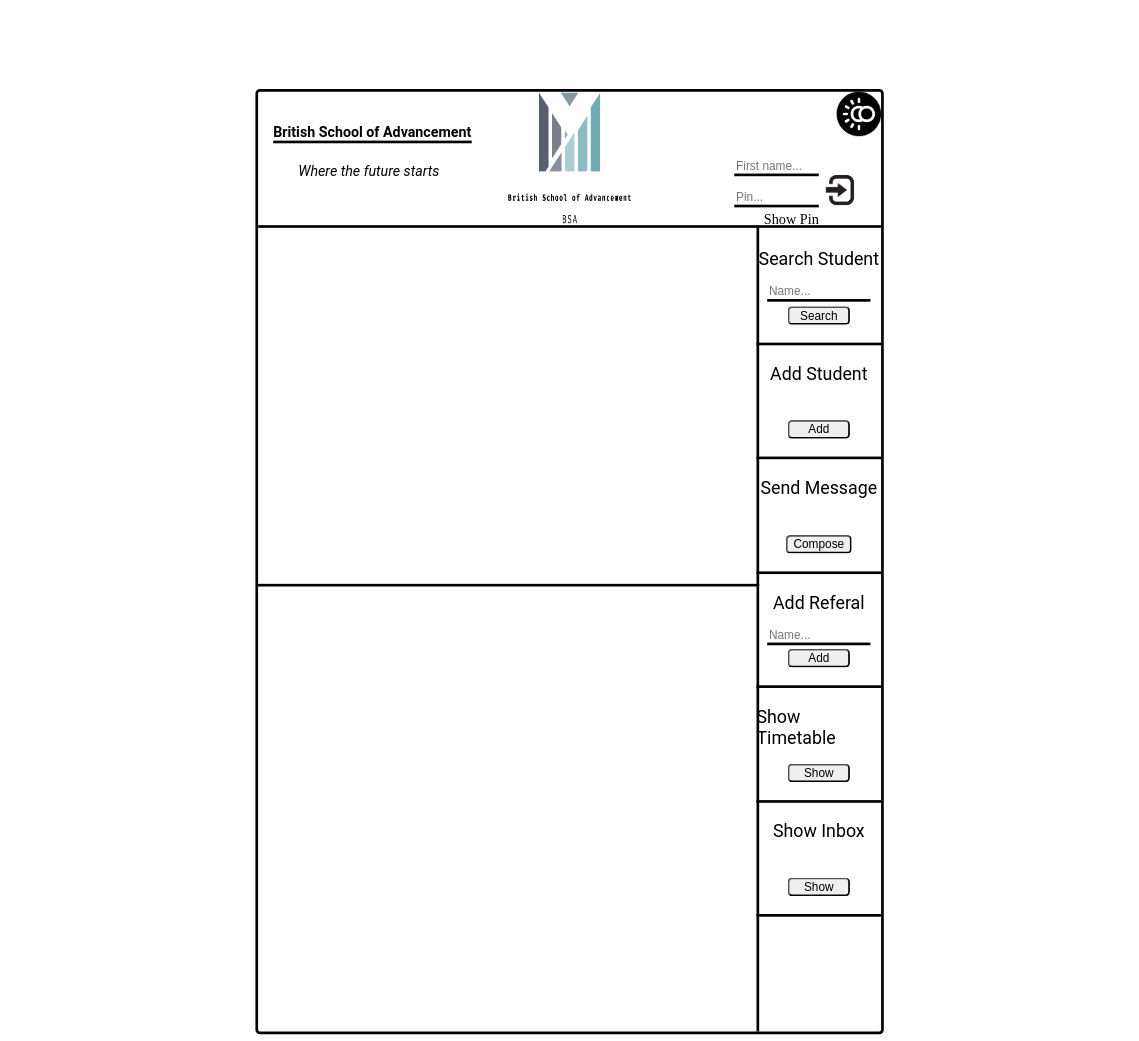
Repository: ghend99/Guardian-Application
Page: index.html
These files come from the project's save history. The page is drawn as it stood at one moment and after the next save; the edit follows.
The browser window is 1280 px wide. The pictures show the whole page, at 89% of full size.

Above is the page before, as saved 2023-06-06 18:05:19.

### index.html
<!DOCTYPE html>
<html lang="en">
  <head>
    <meta charset="UTF-8" />
    <meta http-equiv="X-UA-Compatible" content="IE=edge" />
    <meta name="viewport" content="width=device-width, initial-scale=1.0" />
    <title>School Application</title>
    <link rel="stylesheet" href="style.css" />
    <link rel="icon" type="image/x-icon" href="./images/favicon.png" />
  </head>
  <body>
    <div id="main-container">
      <div id="header-container">
        <div id="header-container-left-section">
          <p id="header-school-name" class="page-headers">
            British School of Advancement
          </p>
          <p id="header-school-slogan" class="page-headers">
            Where the future starts
          </p>
        </div>
        <div id="header-container-middle-section">
          <img class="header-middle-section-logo" src="./images/logo.png" />
        </div>
        <div id="header-container-right-section">
          <input
            id="header-login-input-fullname"
            class="login-input-fullname login-input input"
            type="text"
            placeholder="First name..."
          />
          <input
            id="header-login-input-pin"
            class="login-input-pin login-input input"
            placeholder="Pin..."
            type="password"
          />
          <p id="show-pin-header">Show Pin</p>
          <img
            id="header-login-button"
            class="login-button"
            src="./images/login-button.png"
          />
          <img class="header-dark-mode-toggle" src="./images/dark-mode.png" />
          <img class="login-modal-open" src="./images/login.png" />
        </div>
      </div>
      <div id="sidebar-container">
        <div id="sidebar-link-container1" class="sidebar-link-container">
          <p class="sidebar-link-header page-headers">Search Student</p>
          <input class="sidebar-input input" placeholder="Name..." />
          <button class="sidebar-search-button submit-button">Search</button>
        </div>
        <div id="sidebar-link-container2" class="sidebar-link-container">
          <p class="sidebar-link-header page-headers">Add Student</p>
          <button id="add-student" class="sidebar-search-button submit-button">
            Add
          </button>
        </div>
        <div id="sidebar-link-container3" class="sidebar-link-container">
          <p class="sidebar-link-header page-headers">Send Message</p>
          <button
            id="compose-message-open"
            class="sidebar-search-button submit-button"
          >
            Compose
          </button>
        </div>
        <div id="sidebar-link-container4" class="sidebar-link-container">
          <p class="sidebar-link-header page-headers">Add Referal</p>
          <input
            id="add-referal-fullname"
            class="sidebar-input input"
            placeholder="Name..."
          />
          <button id="add-referal" class="sidebar-search-button submit-button">
            Add
          </button>
        </div>
        <div id="sidebar-link-container5" class="sidebar-link-container">
          <p
            id="show-timetable-heading"
            class="sidebar-link-header page-headers"
          >
            Show Timetable
          </p>
          <button
            id="timetable-open"
            class="sidebar-search-button submit-button"
          >
            Show
          </button>
        </div>
        <div id="sidebar-link-container6" class="sidebar-link-container">
          <p class="sidebar-link-header page-headers">Show Inbox</p>
          <button id="inbox-open" class="sidebar-search-button submit-button">
            Show
          </button>
        </div>
        <div id="sidebar-link-container7" class="sidebar-link-container">
          <p class="sidebar-link-header page-headers">Update Timetable</p>
          <button
            id="update-timetable"
            class="sidebar-search-button submit-button"
          >
            Show
          </button>
        </div>
      </div>
      <img id="sidebar-open" src="./images/menu.png" />
      <img id="sidebar-close" src="./images/menu.png" />

      <div id="student-information-container">
        <h1
          id="student-information-name-header"
          class="student-information page-headers"
        >
          Student Name:
        </h1>
        <h3 class="student-information student-information-general-header">
          General Information
        </h3>
        <p id="student-information-first-name" class="student-information">
          First Name:
        </p>
        <p id="student-information-last-name" class="student-information">
          Last Name:
        </p>
        <p id="student-information-year" class="student-information">
          Year Group:
        </p>
        <p id="student-information-referals" class="student-information">
          Referals:
        </p>
        <p id="password-reset" class="student-information">Reset Password</p>
      </div>

      <div id="student-management-container">
        <p class="student-management-heading"></p>
        <img id="student-management-close" src="./images/close.png" />
        <div id="timetable-container"></div>
        <div id="inbox-container">
          <div id="inbox-header">
            <p class="inbox-header-header">Date</p>
            <p class="inbox-header-header">Sender</p>
            <p class="inbox-header-header">Reciever</p>
            <p class="inbox-header-header">Subject</p>
            <p class="inbox-header-header">Message</p>
          </div>
          <div id="inbox-line">
            <p></p>
            <p></p>
            <p></p>
            <p></p>
            <p></p>
          </div>
        </div>
      </div>
    </div>

    <div id="login-modal-container">
      <h1 class="login-modal-header modal-header page-headers">Login</h1>
      <img
        id="login-modal-close"
        class="modal-close"
        src="./images/close.png"
      />
      <input
        id="login-modal-fullname"
        class="login-input-fullname login-modal-input input"
        type="text"
        placeholder="Full name..."
      />
      <input
        id="login-modal-pin"
        class="login-input-pin login-modal-input input"
        type="number"
        placeholder="Pin..."
      />
      <p id="login-modal-show-pin">Show Pin</p>
      <input id="login-modal-submit" class="submit-button" type="submit" />
    </div>

    <div id="create-account-container">
      <p id="create-account-header" class="modal-header page-headers">
        Add Student Details
      </p>
      <img
        id="create-account-close"
        class="modal-close"
        src="./images/close.png"
      />
      <input
        id="create-account-first-name"
        class="create-account-input input"
        placeholder="First name..."
      />
      <input
        id="create-account-last-name"
        class="create-account-input input"
        placeholder="Last name..."
      />
      <input
        id="create-account-year"
        class="create-account-input input"
        placeholder="Year..."
      />
      <input
        id="create-account-pin"
        class="create-account-input input"
        placeholder="Year..."
      />

      <input
        id="create-account-repin"
        class="create-account-input input"
        placeholder="Year..."
      />
      <input id="create-account-submit" class="submit-button" type="submit" />
    </div>

    <div id="compose-message-container" class="">
      <p id="compose-message-header" class="modal-header">Compose Message</p>
      <img
        id="compose-message-close"
        class="modal-close"
        src="./images/close.png"
      />
      <input
        id="compose-message-reciever"
        class="compose-message-input input"
        type="text"
        placeholder="Reciever..."
      />
      <input
        id="compose-message-title"
        class="compose-message-input input"
        type="text"
        placeholder="Subject..."
      />
      <textarea
        id="compose-message-text-area"
        placeholder="Message..."
      ></textarea>
      <input id="compose-message-submit" class="submit-button" type="submit" />
    </div>

    <div id="password-reset-container">
      <p id="password-reset-header" class="modal-header page-headers">
        Pin Reset
      </p>
      <img
        id="password-reset-close"
        class="modal-close"
        src="./images/close.png"
      />
      <input
        id="password-reset-old"
        class="password-reset-input input"
        type="number"
        placeholder="Old Pin..."
      />
      <input
        id="password-reset-new"
        class="password-reset-input input"
        type="number"
        placeholder="New Pin..."
      />
      <input
        id="password-reset-new-retype"
        class="password-reset-input input"
        type="number"
        placeholder="New Pin..."
      />
      <input id="password-reset-submit" class="submit-button" type="submit" />
    </div>
    <script src="functions.js"></script>
    <script src="elements.js"></script>
    <script src="buttons.js"></script>
    <script src="message.js"></script>
    <script src="timetable.js"></script>
  </body>
</html>

### style.css
button {
  cursor: pointer;
}

.input {
  background-color: transparent;
  text-decoration: none;
  border: none;
  border-bottom: solid;
  outline: none;
}

.page-headers {
  font-family: "Roboto", Arial;
}

.modal-header {
  font-size: 30px;
  font-weight: bold;
  margin-top: 10px;
}

.dark-mode {
  background-color: black;
  color: white;
  border: solid;
  border-radius: 5px;
}

.input-dark-mode {
  color: white;
  border-color: white;
}

.button-dark-mode {
  color: white;
  background-color: black;
}

#main-container {
  position: relative;
  left: 50%;
  transform: translate(-50%);
  max-width: 50%;
  min-width: 700px;
  max-height: 1200px;
  min-height: 1000px;
  margin-top: 100px;
  border: solid;
  border-radius: 5px;
}

#header-container {
  display: grid;
  grid-template-columns: 1fr 1fr 1fr;
  grid-template-rows: 1fr;
  max-height: 200px;
  min-height: 150px;
  width: 100%;
  border-bottom: solid;
}

#header-school-name {
  position: absolute;
  top: 20px;
  left: 17px;
  font-size: clamp(1rem, 1vw, 2rem);
  font-weight: bold;
  border-bottom: solid;
}

#header-school-slogan {
  position: absolute;
  top: clamp(5%, 70px, 80px);
  left: clamp(45px, 5%, 70px);
  font-size: clamp(0.9rem, 1.5vw, 1rem);
  margin-top: 10px;
  font-style: italic;
}

#header-container-middle-section {
  display: flex;
  justify-content: center;
}

.header-middle-section-logo {
  width: 60%;
}

#header-login-input-fullname {
  position: absolute;
  top: 75px;
  width: 13%;
  right: 10%;
}

#header-login-input-pin {
  position: absolute;
  top: 110px;
  width: 13%;
  right: 10%;
}

#show-pin-header {
  position: absolute;
  top: 135px;
  right: 10%;
  margin: 0;
}

#header-login-button {
  position: absolute;
  width: 50px;
  right: 3%;
  top: 85px;
  cursor: pointer;
}

.header-dark-mode-toggle {
  position: absolute;
  width: 50px;
  top: 0;
  right: 0;
  cursor: pointer;
}

.login-modal-open {
  display: none;
}

#sidebar-container {
  position: absolute;
  display: grid;
  grid-template-columns: 1fr;
  grid-template-rows: 1fr 1fr 1fr 1fr 1fr 1fr 1fr;
  right: 0;
  bottom: 0;
  max-width: 30%;
  min-width: 20%;
  max-height: 1000px;
  min-height: 900px;
}

#sidebar-link-container1 {
  justify-content: center;
}

/* #sidebar-link-container6 {
  border-bottom: none;
} */

#sidebar-link-container7 {
  display: none;
  border-bottom: none;
}

.sidebar-link-container {
  position: relative;
  display: flex;
  justify-content: center;
  border-bottom: solid;
}

.sidebar-link-header {
  position: absolute;
  font-size: 20px;
}

.sidebar-input {
  position: absolute;
  margin-top: 60px;
  width: 80%;
}

.sidebar-search-button {
  position: absolute;
  max-width: 75%;
  min-width: 70px;
  bottom: 20px;
  border-radius: 5px;
}

#sidebar-open,
#sidebar-close {
  position: absolute;
  width: 50px;
  right: 0;
  top: 155px;
  display: none;
}

#sidebar-close {
  right: 120px;
}

#student-information-container {
  max-height: 800px;
  min-height: 400px;
  max-width: 80%;
  min-width: 50%;
  border-bottom: solid;
  border-right: solid;
}

#student-information-name-header {
  font-size: 30px;
  font-weight: bold;
  border-bottom: solid;
  width: fit-content;
  margin-left: 30px;
  margin-top: 0;
}

.student-information {
  margin-left: 40px;
  display: none;
}

.student-information-general-header {
  font-size: 24px;
  font-weight: bold;
  padding-left: 40px;
}

#password-reset {
  border-bottom: solid;
  font-weight: bold;
  width: fit-content;
  cursor: pointer;
}

#student-management-container {
  max-width: 80%;
  min-width: 50%;
  max-height: 600px;
  min-height: 500px;
  border-right: solid;
}

.student-management-heading {
  display: inline-block;
  font-size: 30px;
  margin: 0;
  margin-left: 20px;
  width: fit-content;
}

#student-management-close {
  position: absolute;
  bottom: 45.7%;
  right: 21%;
  width: 30px;
  cursor: pointer;
  display: none;
}

#timetable-container {
  position: relative;
  display: grid;
  grid-gap: 1em;
  grid-template-rows: repeat(var(--grid-rows), 1fr);
  grid-template-columns: repeat(var(--grid-cols), 1fr);
  /* top: 50px; */
  overflow: scroll;
  max-height: 90%;
  min-height: 466px;
  /* max-width: 99.6%;
  min-width: 250px; */
  display: none;
}

:root {
  --grid-cols: 1;
  --grid-rows: 1;
}

.grid-item {
  padding: 1em;
  border: 1px solid #ddd;
  text-align: center;
}

#timetable-input {
  width: 100px;
}

#inbox-container {
  max-height: 90%;
  min-height: 466px;
  max-width: 99.6%;
  min-width: 250px;
  display: none;
}

#inbox-header {
  position: relative;
  display: grid;
  grid-template-columns: 1fr 1fr 1fr 1fr 1fr;
  grid-template-rows: 1fr;
  width: 100%;
  height: 50px;
  /* background-color: aqua; */
  overflow-y: auto;
  font-family: "Roboto", Arial;
}

.inbox-header-header {
  margin-top: 0;
}

#inbox-line {
  position: relative;
  display: grid;
  grid-template-columns: 1fr 1fr 1fr 1fr 1fr;
  grid-template-rows: 1fr;
  row-gap: 20px;
  width: 100%;
  height: 50px;
  /* background-color: darkorange; */
  overflow-y: auto;
  font-family: "EB Garamond", Arial;
}

#login-modal-container,
#create-account-container,
#compose-message-container,
#password-reset-container {
  position: absolute;
  left: 50%;
  top: 30%;
  transform: translate(-50%);
  text-align: center;
  border: solid;
  border-radius: 5px;
  display: none;
}

#login-modal-container {
  max-width: 40%;
  min-width: 300px;
  max-height: 400px;
  min-height: 300px;
  text-align: center;
  border: solid;
  border-radius: 5px;
  display: none;
  background-color: whitesmoke;
  cursor: pointer;
}

#login-modal-fullname {
  position: absolute;
  top: 120px;
  left: 50px;
}

#login-modal-pin {
  position: absolute;
  top: 170px;
  left: 50px;
}

#login-modal-show-pin {
  position: absolute;
  top: 200px;
  left: 50px;
  margin: 0;
  font-size: 14px;
  cursor: pointer;
}

#login-modal-submit {
  left: 15%;
}

#login-modal-submit,
#create-account-submit,
#compose-message-submit,
#password-reset-submit {
  position: absolute;
  bottom: 20px;
  max-height: 60px;
  min-height: 30px;
  max-width: 20%;
  min-width: 200px;
}

#create-account-container {
  max-width: 60%;
  min-width: 400px;
  max-height: 600px;
  min-height: 500px;
}

.create-account-input,
.compose-message-input,
.password-reset-input {
  position: absolute;
  left: 30px;
}

#create-account-first-name {
  top: 80px;
}

#create-account-last-name {
  top: 150px;
}

#create-account-year {
  top: 220px;
}

#create-account-pin {
  top: 290px;
}

#create-account-submit {
  left: 25%;
}

#create-account-repin {
  position: absolute;
  top: 360px;
  left: 30px;
}

#compose-message-container {
  max-width: 60%;
  min-width: 400px;
  max-height: 600px;
  min-height: 500px;
}

.modal-close {
  position: absolute;
  width: 30px;
  right: 0;
  top: 0;
  cursor: pointer;
}

#compose-message-reciever {
  top: 80px;
}

#compose-message-title {
  top: 130px;
}

#compose-message-text-area {
  position: absolute;
  top: 35%;
  left: 30px;
  max-height: 80%;
  min-height: 230px;
  max-width: 100%;
  min-width: 280px;
}

#compose-message-submit {
  left: 25%;
}

#password-reset-container {
  max-width: 40%;
  min-width: 300px;
  max-height: 400px;
  min-height: 300px;
}

#password-reset-new {
  top: 120px;
}

#password-reset-new-retype {
  top: 165px;
}

#password-reset-submit {
  left: 17%;
}

/* @media screen and (min-width: 0) and (max-width: 1600px) {
  #show-timetable-heading {
    font-size: 18px;
  }
} */

@media screen and (min-width: 0) and (max-width: 720px) {
  #main-container {
    max-width: 600px;
    min-width: 300px;
  }

  #header-container {
    grid-template-columns: 1fr 1fr;
  }

  .header-middle-section-logo,
  #header-login-input-fullname,
  #header-login-input-pin,
  #show-pin-header,
  #header-login-button {
    display: none;
  }

  .login-modal-open {
    position: absolute;
    display: block;
    right: 0;
    top: 100px;
    width: 50px;
  }

  #sidebar-container {
    display: none;
  }

  .sidebar-link-header {
    font-size: 12px;
  }

  #sidebar-open {
    display: block;
  }

  .student-information-name-header {
    margin-left: 15px;
  }

  .student-information-general-header {
    margin-left: 25px;
    padding: 0;
  }

  .student-information {
    margin-left: 28px;
  }
}

### buttons.js
btnDarkModeToggle.addEventListener("click", function (e) {
  e.preventDefault();
  if (darkMode === false) {
    darkModeToggle();
  } else {
    lightModeToggle();
  }
});

btnAddStudentOpen.addEventListener("click", function (e) {
  e.preventDefault();
  addStudentContainer.style.display = "block";
  mainContainer.style.filter = "blur(3px)";
});

btnAddStudentClose.addEventListener("click", function (e) {
  e.preventDefault();
  addStudentContainer.style.display = "none";
  mainContainer.style.filter = "blur(0px)";
});

btndAddStudentSubmit.addEventListener("click", function (e) {
  e.preventDefault();
  createStudent();
  addStudentFirstNameInput.value = "";
  addStudentLastNameInput.value = "";
  addStudentYearInput.value = "";
  addStudentPinInput.value = "";
  addStudentRePinInput.value = "";
});

btnLoginHeader.addEventListener("click", function (e) {
  e.preventDefault();
  login();
  studentInformation.forEach((e) => {
    e.style.display = "block";
    inboxContainer.style.display = "none";
    inboxLine.innerHTML = "";
  });
  UpdateTimetableLinkContainer.style.display = "none";
});

btnLoginModalOpen.addEventListener("click", function (e) {
  e.preventDefault();
  loginContainer.style.display = "block";
  mainContainer.style.filter = "blur(3px)";
});

btnLoginModalClose.addEventListener("click", function (e) {
  e.preventDefault();
  loginContainer.style.display = "none";
  mainContainer.style.filter = "blur(0px)";
});

btnLoginModalSubmit.addEventListener("click", function (e) {
  e.preventDefault();
  loginModal();
  studentInformation.forEach((e) => {
    e.style.display = "block";
  });
  loginContainer.style.display = "none";
  mainContainer.style.filter = "blur(0px)";
});

btnComposeMessageOpen.addEventListener("click", function (e) {
  e.preventDefault();
  if (currentAccount === undefined) {
    alert("You need to login first");
  } else {
    composeMessageContainer.style.display = "block";
    mainContainer.style.filter = "blur(3px)";
  }
});

btnComposeMessageClose.addEventListener("click", function (e) {
  composeMessageContainer.style.display = "none";
  mainContainer.style.filter = "blur(0px)";
});

btnComposeMessageSubmit.addEventListener("click", function (e) {
  e.preventDefault();
  sendMessage();
});

btnInboxOpen.addEventListener("click", function (e) {
  e.preventDefault();
  if (currentAccount === undefined) {
    alert("You need to login first");
  } else {
    timetableContainer.style.display = "none";
    inboxContainer.style.display = "block";
    studentManagementHeading.textContent = "Inbox";
    btnStudentManagementClose.style.display = "block";
  }
});

btnTimetableOpen.addEventListener("click", function (e) {
  e.preventDefault();
  if (currentAccount === undefined) {
    alert("You need to login first");
  } else {
    inboxContainer.style.display = "none";
    timetableContainer.style.display = "grid";
    UpdateTimetableLinkContainer.style.display = "flex";
    studentManagementHeading.textContent = "Timetable";
    btnStudentManagementClose.style.display = "block";
  }
});

btnStudentManagementClose.addEventListener("click", function (e) {
  timetableContainer.style.display = "none";
  inboxContainer.style.display = "none";
  studentManagementHeading.textContent = "";
  btnStudentManagementClose.style.display = "none";
});

btnUpdateTimetableLink.addEventListener("click", function (e) {
  updateTimetableLink();
});

btnSidebarOpen.addEventListener("click", function (e) {
  e.preventDefault();
  sidebarContainer.style.display = "grid";
  btnSidebarOpen.style.display = "none";
  btnSidebarClose.style.display = "block";
});

btnSidebarClose.addEventListener("click", function (e) {
  e.preventDefault();
  sidebarContainer.style.display = "none";
  btnSidebarOpen.style.display = "block";
  btnSidebarClose.style.display = "none";
});

### message.js
const sendMessage = function () {
  const message = composeMessageText.value;
  const subject = composeMessageSubject.value;
  const reciever = composeMessageReciever.value;
  const target = students.find((stu) => stu.fullName === `${reciever}`);
  const date = new Date(Date.now()).toLocaleString();
  console.log(date);
  console.log(message, subject, reciever, target);
  if (target === undefined) {
    alert("Not a valid message reciercer");
  } else {
    target.inbox.push(message);
    target.from.push(currentAccount.fullName);
    target.subject.push(subject);
    target.date.push(date);
    // currentAccount.sent.push(message);
    // currentAccount.date.push(date);
    composeMessageReciever.value = "";
    composeMessageText.value = "";
    composeMessageSubject.value = "";
    localStorage.setItem("students", JSON.stringify(students));
    alert("Message Sent");
    // updateInbox(target, currentAccount, message, subject);
  }
};

// const updateInbox = function (target, currentAccount, message, subject) {
//   const html = ` <div id="inbox-line">
//   <p>${new Date(Date.now()).toLocaleString()}</p>
//   <p>${currentAccount.fullName}</p>
//   <p>${target.fullName}</p>
//   <p>${subject}</p>
//   <p>${message}</p>
// </div>
//   `;
//   inboxLine.insertAdjacentHTML("beforebegin", html);
// };

const updateInboxLoad = function (target) {
  getStudentsLocalStorage();
  for (let i = 0; i < currentAccount.inbox.length; i++) {
    const html = `<div id="inbox-line">
  <p>${currentAccount.date[i]}</p>
  <p>${currentAccount.from[i]}</p>
  <p>${currentAccount.fullName}</p>
  <p>${currentAccount.subject[i]}</p>
  <p>${currentAccount.inbox[i]}</p>
</div>
  `;
    inboxLine.insertAdjacentHTML("beforebegin", html);
  }
};
// updateInboxLoad();

Loaded but not shown: timetable.js (295 lines, source omitted); functions.js (221 lines, source omitted); elements.js (99 lines, source omitted)

After the next save:
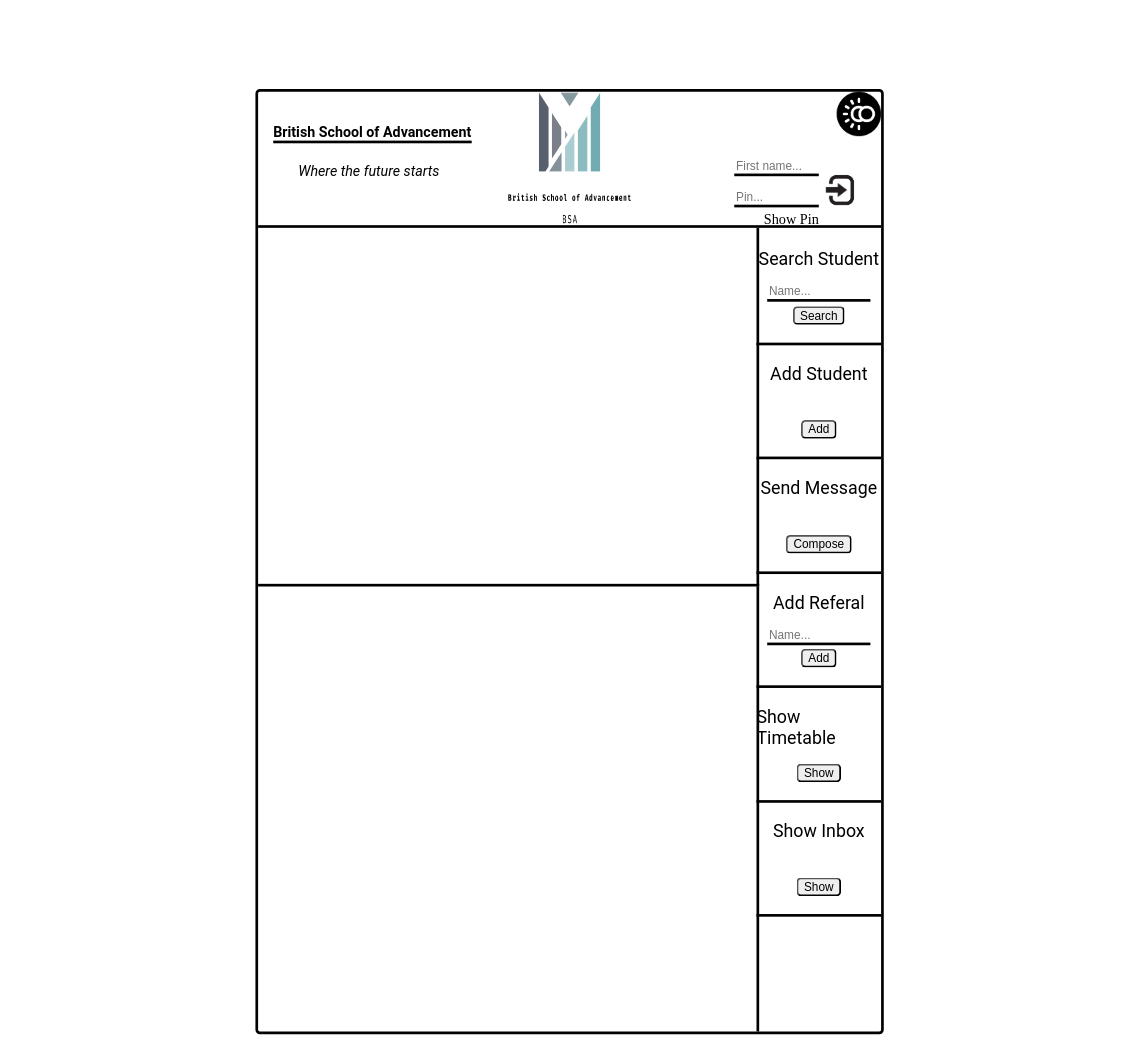
Saved 44 min 18 s later.
--- a/style.css
+++ b/style.css
@@ -175,7 +175,7 @@ button {
 .sidebar-search-button {
   position: absolute;
   max-width: 75%;
-  min-width: 70px;
+  min-width: 30px;
   bottom: 20px;
   border-radius: 5px;
 }
